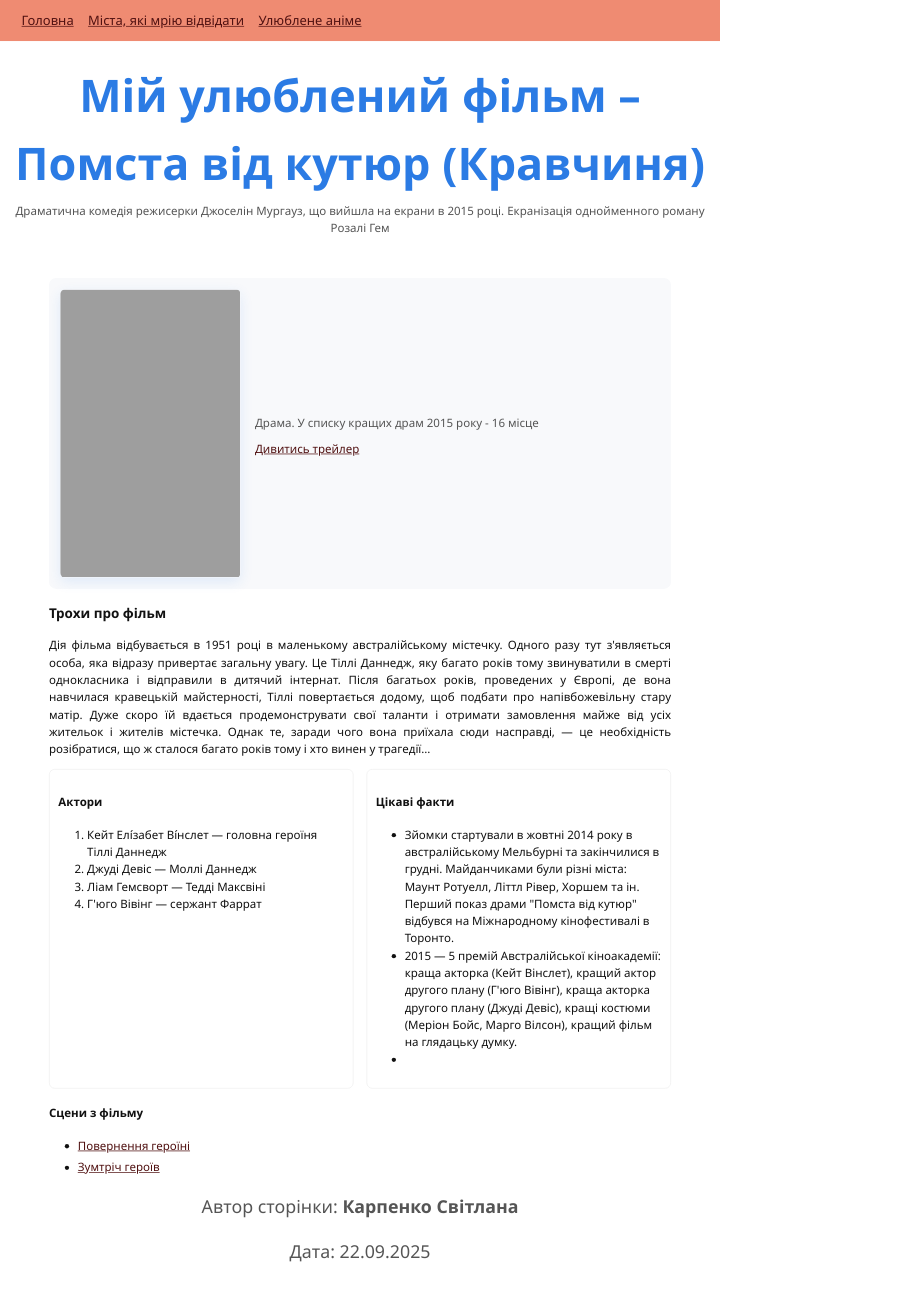
Repository: alexandrastarovoyda-star/homework_info
Page: Mainpr/pr5/html/anime.html
An editor plug-in stored every save of this project. The page is shown before and after the next save, followed by the edit.
The browser window is 1280 px wide. The pictures show the whole page, at 72% of full size.
Pictures or frames that could not be fetched are drawn as grey boxes.

Above is the page before, as saved 2026-04-01 14:13:56.

After the next save:
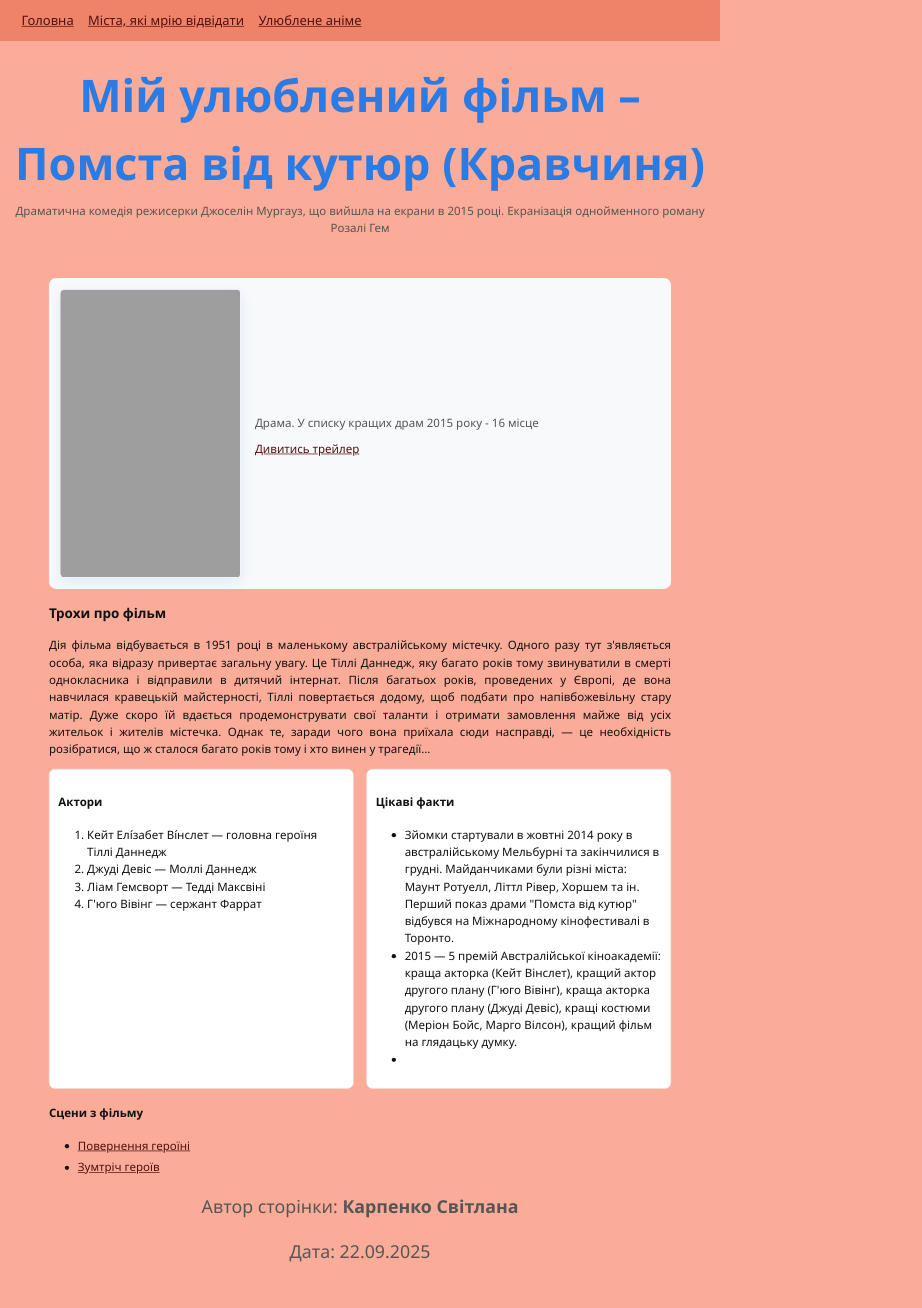
Saved 2 min 55 s later.
--- a/Mainpr/pr5/css/anime.css
+++ b/Mainpr/pr5/css/anime.css
@@ -1,6 +1,6 @@
 
 :root{
-  --bg:#ffffff;
+  --bg:rgba(250, 164, 143, 0.911);
   --accent:#2b7be4;
   --text:#111;
   --muted:#555;
